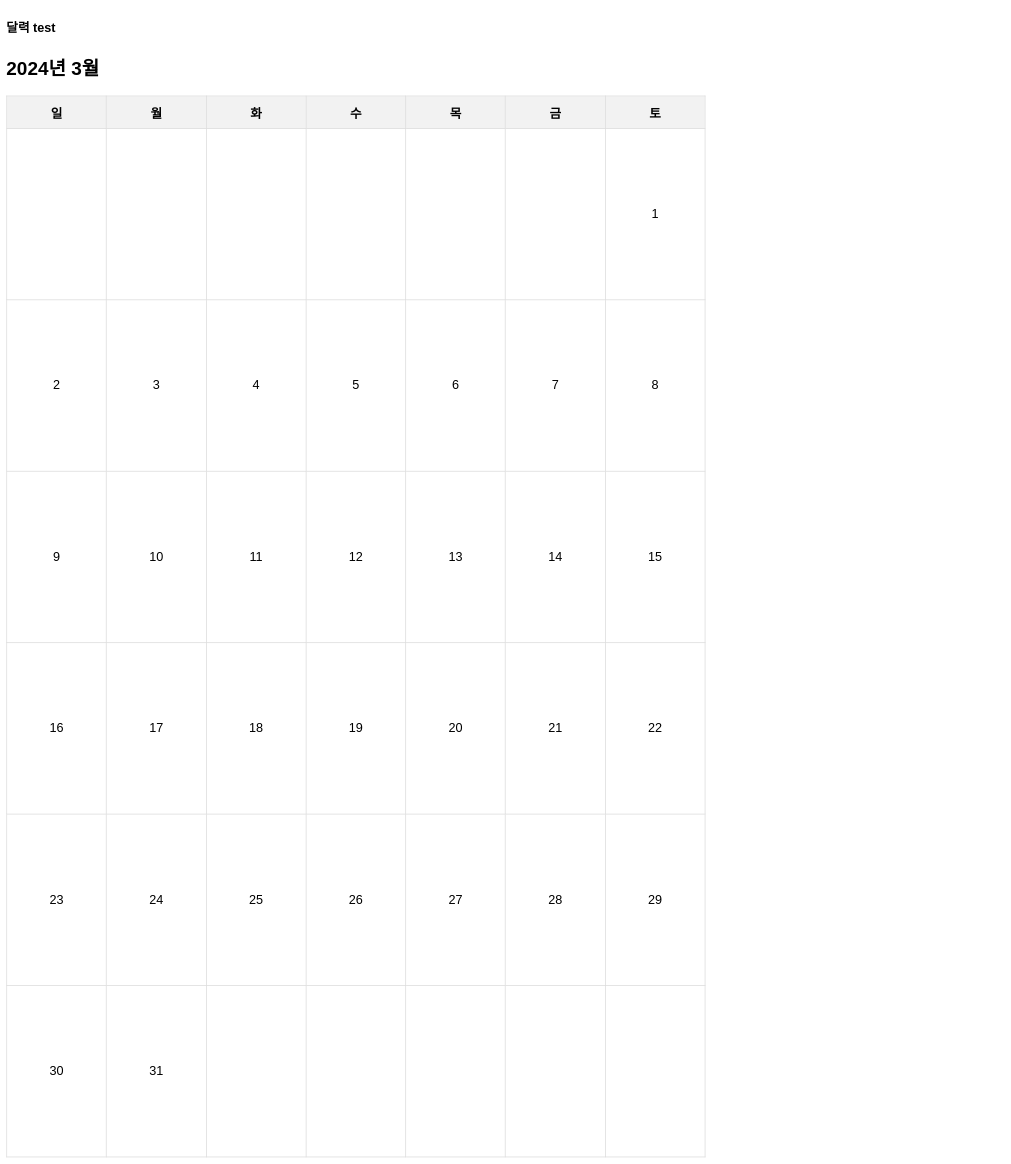
Repository: seonghun9906/semiProject
Page: http://localhost/drawAcademy/WEB-INF/views/test.jsp
The author's editor kept a copy of each file at every save. The page is drawn from the files as they stood at one save, then again after the next save.
The browser window is 1280 px wide. The pictures show the whole page, at 79% of full size.
The page is served by Tomcat 9. Nobody is signed in. The template is opened directly, without the code that normally fills it, so the values that code supplies are empty.

Above is the page before, as saved 2024-02-28 01:33:59.

After the next save:
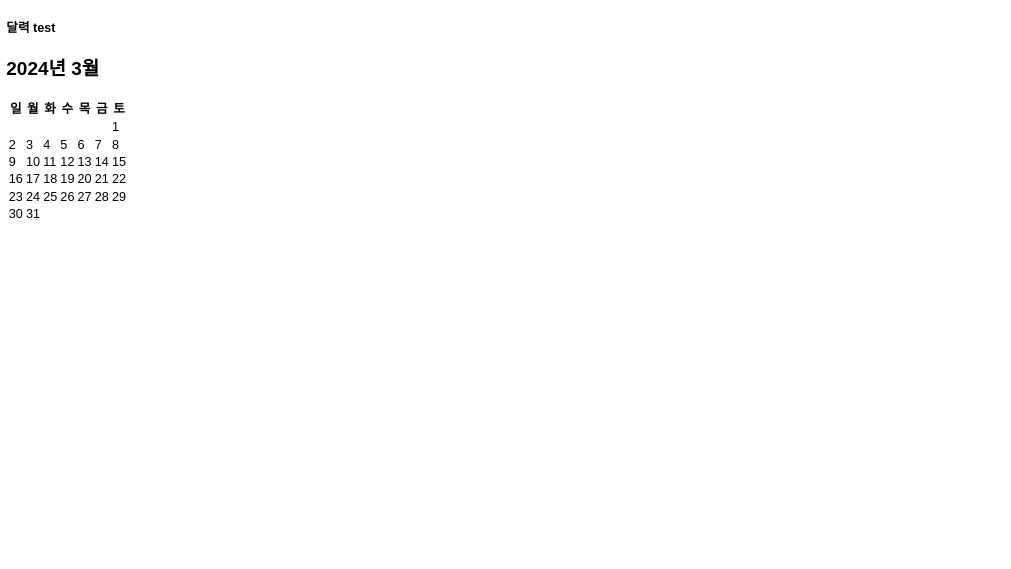
Saved 59 s later.
--- a/drawAcademy/src/main/webapp/WEB-INF/views/test.jsp
+++ b/drawAcademy/src/main/webapp/WEB-INF/views/test.jsp
@@ -12,30 +12,7 @@
             font-family: Arial, sans-serif;
         }
 
-        table {
 
-            width: 70%;
-            border-collapse: collapse;
-        }
-
-        th, td {
-            border: 1px solid #ddd;
-            padding: 8px;
-            text-align: center;
-        }
-
-        th {
-            background-color: #f2f2f2;
-        }
-
-        td {
-        	height : 200px;
-            cursor: pointer;
-        }
-
-        td:hover {
-            background-color: #f5f5f5;
-        }
     </style>
 </head>
 <body>
